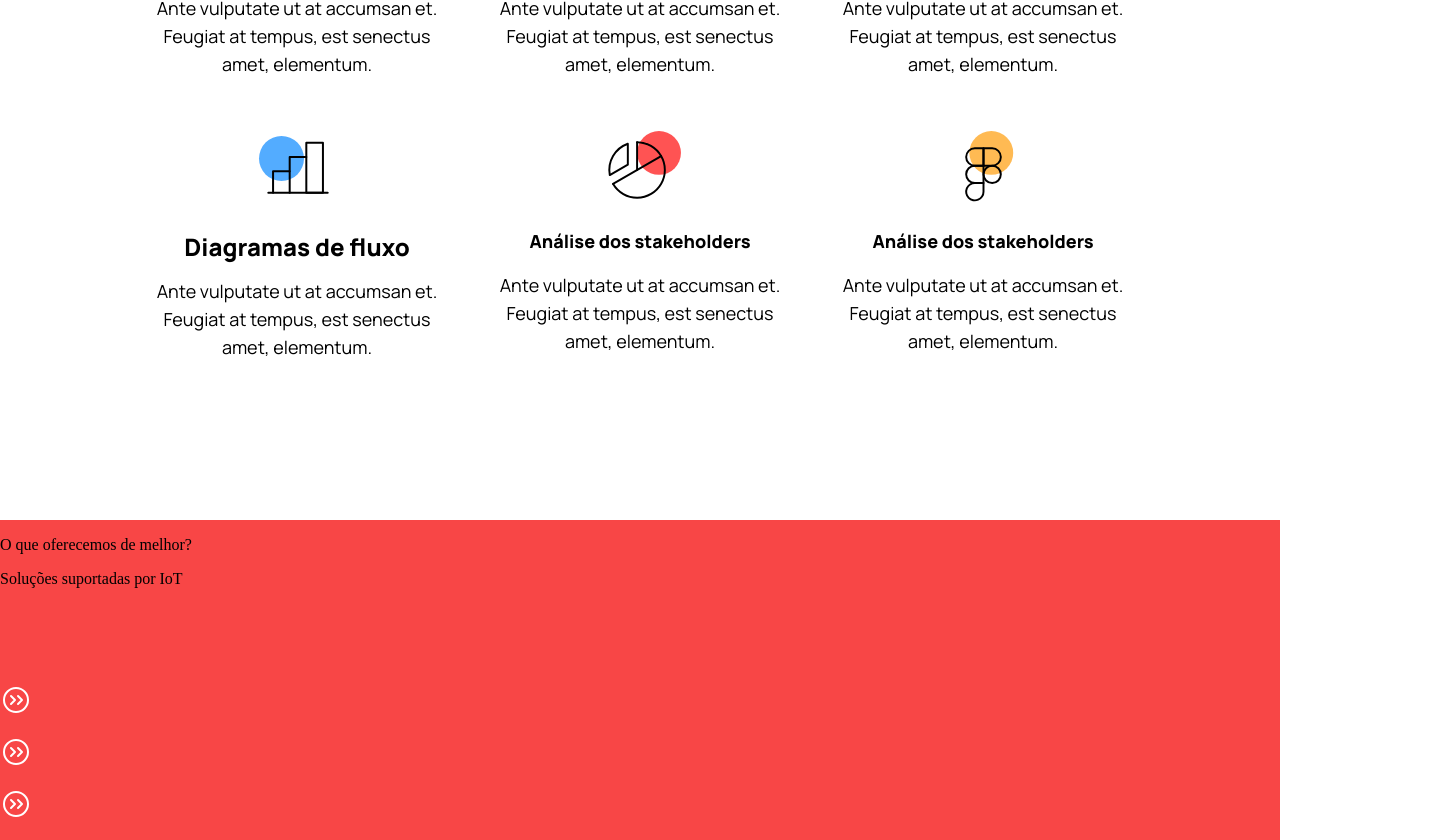
Repository: kleber-goncalves/Landing-Page-Gestao-de-projetos-dnc
Page: index.html
An editor plug-in stored every save of this project. The page is shown before and after the next save, followed by the edit.
The browser window is 1280 px wide. The page is 1440 px wide, so the pictures cover 1440 px, including what lies to the right of the window. The pictures show the part of the page from y = 1382 to 2222 px (the page is 2222 px tall).

Above is the page before, as saved 2025-01-05 01:38:31.

After the next save:
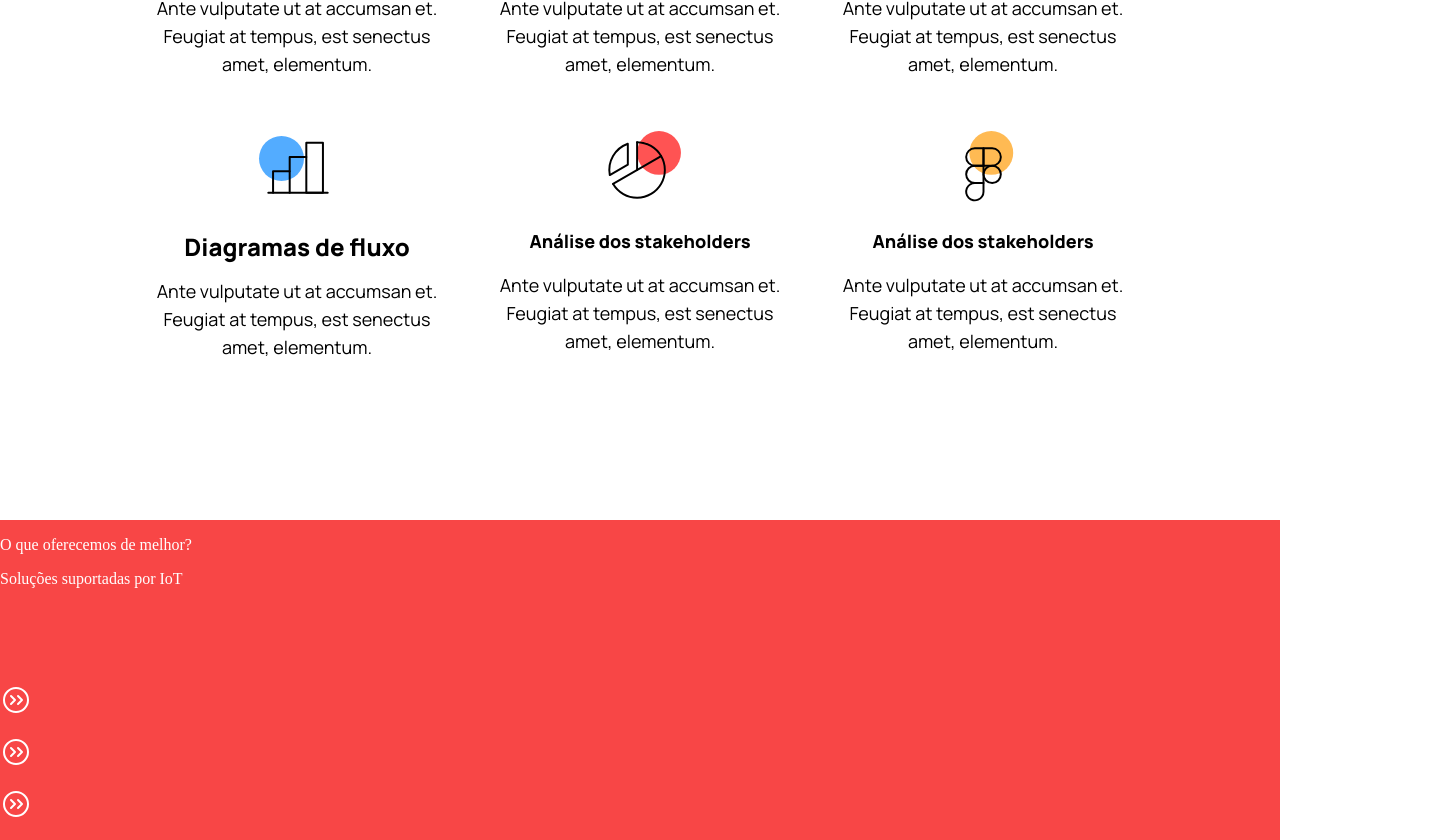
Saved 9 s later.
--- a/style.css
+++ b/style.css
@@ -139,7 +139,7 @@ body {
 
 
 #meio-2 {
-    color: ;
+    color: #FFFFFF;
     background-color: #F84646;
     display: flex;
     flex-direction: column;
